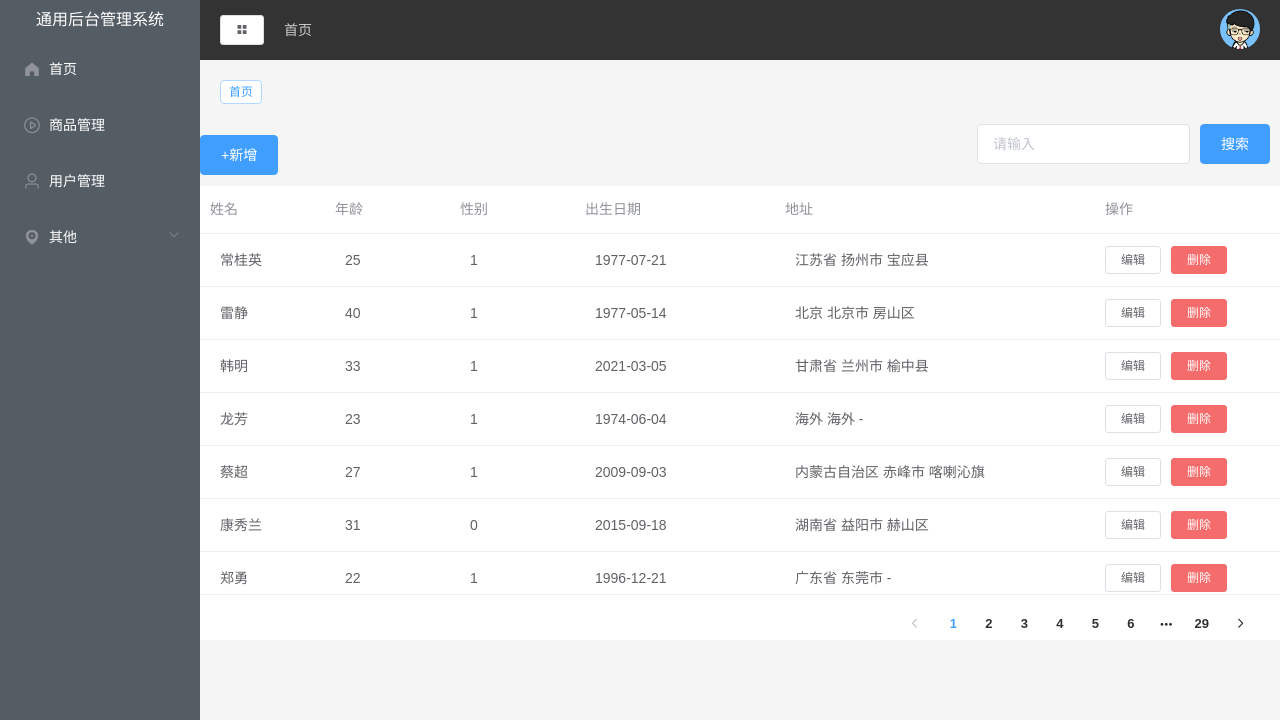
Repository: erwtt/git-demo
Page: /user (app in 后台管理系统/)
An editor plug-in stored every save of this project. The page is shown before and after the next save, followed by the edit.
The browser window is 1280 px wide. The pictures show the whole page.
An inner scrolling area shows only its first screen. The project was rebuilt for these pictures with package versions that can differ from the ones it lists, and the page was loaded fresh each time. Also part of the build but not shown: 后台管理系统/vue.config.js.

Above is the page before, as saved 2022-05-17 16:50:44.

After the next save:
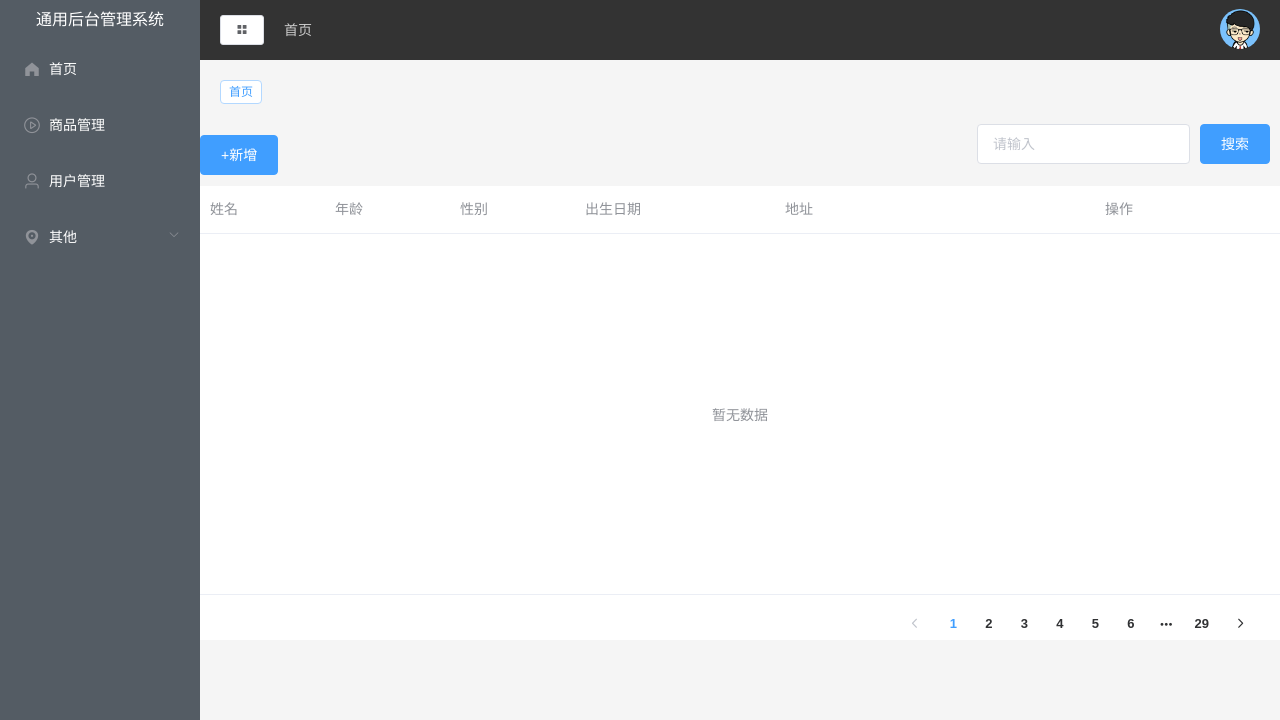
Saved 25 min 22 s later.
--- a/后台管理系统/api/mockServeData/user.js
+++ b/后台管理系统/api/mockServeData/user.js
@@ -41,8 +41,15 @@ export default {
    * @return {{code: number, count: number, data: *[]}}
    */
   getUserList: config => {
-    const { name, page = 1, limit = 20 } = param2Obj(config.url)
-    console.log( param2Obj(config.url))
+    // const { name, page = 1, limit = 20 } = param2Obj(config.url)
+    // console.log( param2Obj(config.url))
+    let name,page,limit
+    if(config.name)
+     name = config.name
+    if(config.page)
+     page = config.page
+     if(config.limt)
+     limit = config.limit
     console.log('name:' + name, 'page:' + page, '分页大小limit:' + limit)
     const mockList = List.filter(user => {
       if (name && user.name.indexOf(name) === -1 && user.addr.indexOf(name) === -1) return false
